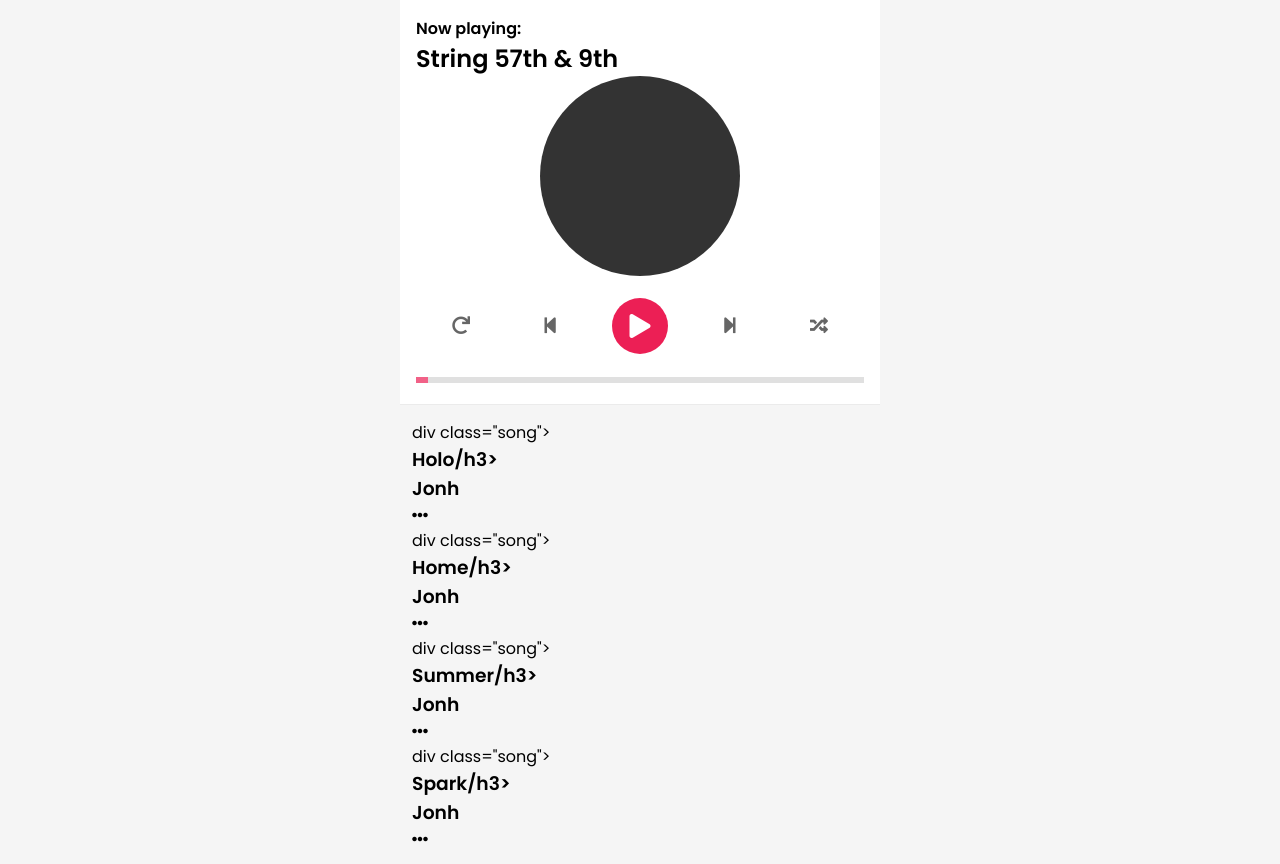
Repository: MinhNhatIT2901/Mp3-clon
Page: index.html
The author's editor kept a copy of each file at every save. The page is drawn from the files as they stood at one save, then again after the next save.
The browser window is 1280 px wide. The pictures show the whole page.

Above is the page before, as saved 2022-01-01 16:59:54.

### index.html
<!DOCTYPE html>
<html lang="en">
<head>
    <meta charset="UTF-8">
    <meta http-equiv="X-UA-Compatible" content="IE=edge">
    <meta name="viewport" content="width=device-width, initial-scale=1.0">
    <title>Document</title>
    <link rel="stylesheet" href="./asset/css/app.css">
    <link rel="stylesheet" href="https://cdnjs.cloudflare.com/ajax/libs/font-awesome/5.15.2/css/all.min.css" integrity="sha512-HK5fgLBL+xu6dm/Ii3z4xhlSUyZgTT9tuc/hSrtw6uzJOvgRr2a9jyxxT1ely+B+xFAmJKVSTbpM/CuL7qxO8w==" crossorigin="anonymous" />
    <link rel="preconnect" href="https://fonts.gstatic.com">
    <link href="https://fonts.googleapis.com/css2?family=Poppins:wght@300;400;600&display=swap" rel="stylesheet">
</head>
<body>
    <div class="player">
        <div class="dashboard">
            <div class="header">
                <h4>Now playing:</h4>
                <h2>String 57th & 9th</h2>
            </div>

            <div class="cd">
                <div class="cd-thumb">
                </div>
            </div>

            <div class="control">
                <div class="btn btn-repeat">
                    <i class="fas fa-redo"></i>
                </div>
                <div class="btn btn-prev">
                    <i class="fas fa-step-backward"></i>
                </div>
                <div class="btn btn-toggle-play">
                    <i class="fas fa-pause icon-pause"></i>
                    <i class="fas fa-play icon-play"></i>
                </div>
                <div class="btn btn-next">
                    <i class="fas fa-step-forward"></i>
                </div>
                <div class="btn btn-random">
                    <i class="fas fa-random"></i>
                </div>
            </div>

            <input id="progress" class="progress" type="range" value="0" step="1" min="0" max="100">
            <audio id="audio" src=""></audio>
        </div>

        <div class="playlist">
        </div>
    </div>
</body>
    <script src="./asset/css/app.js"></script>
</html>

### asset/css/app.css
:root {
  --primary-color: #ec1f55;
  --text-color: #333;
}

* {
  padding: 0;
  margin: 0;
  box-sizing: inherit;
}

body {
  background-color: #f5f5f5;
}

html {
  box-sizing: border-box;
  font-family: "Poppins", sans-serif;
}

.player {
  position: relative;
  max-width: 480px;
  margin: 0 auto;
}

.player .icon-pause {
  display: none;
}

.player.playing .icon-pause {
  display: inline-block;
}

.player.playing .icon-play {
  display: none;
}

.dashboard {
  padding: 16px 16px 14px;
  background-color: #fff;
  position: fixed;
  top: 0;
  width: 100%;
  max-width: 480px;
  border-bottom: 1px solid #ebebeb;
}

/* HEADER */
header {
  text-align: center;
  margin-bottom: 10px;
}

header h4 {
  color: var(--primary-color);
  font-size: 12px;
}

header h2 {
  color: var(--text-color);
  font-size: 20px;
}

/* CD */
.cd {
  display: flex;
  margin: auto;
  width: 200px;
}

.cd-thumb {
  width: 100%;
  padding-top: 100%;
  border-radius: 50%;
  background-color: #333;
  background-size: cover;
  margin: auto;
}

/* CONTROL */
.control {
  display: flex;
  align-items: center;
  justify-content: space-around;
  padding: 18px 0 8px 0;
}

.control .btn {
  color: #666;
  padding: 18px;
  font-size: 18px;
}

.control .btn.active {
  color: var(--primary-color);
}

.control .btn-toggle-play {
  width: 56px;
  height: 56px;
  border-radius: 50%;
  font-size: 24px;
  color: #fff;
  display: flex;
  align-items: center;
  justify-content: center;
  background-color: var(--primary-color);
}

.progress {
  width: 100%;
  -webkit-appearance: none;
  height: 6px;
  background: #d3d3d3;
  outline: none;
  opacity: 0.7;
  -webkit-transition: 0.2s;
  transition: opacity 0.2s;
}

.progress::-webkit-slider-thumb {
  -webkit-appearance: none;
  appearance: none;
  width: 12px;
  height: 6px;
  background-color: var(--primary-color);
  cursor: pointer;
}

/* PLAYLIST */
.playlist {
  margin-top: 408px;
  padding: 12px;
}

.song {
  display: flex;
  align-items: center;
  margin-bottom: 12px;
  background-color: #fff;
  padding: 8px 16px;
  border-radius: 5px;
  box-shadow: 0 2px 3px rgba(0, 0, 0, 0.1);
}

.song.active {
  background-color: var(--primary-color);
}

.song:active {
  opacity: 0.8;
}

.song.active .option,
.song.active .author,
.song.active .title {
  color: #fff;
}

.song .thumb {
  width: 44px;
  height: 44px;
  border-radius: 50%;
  background-size: cover;
  margin: 0 8px;
}

.song .body {
  flex: 1;
  padding: 0 16px;
}

.song .title {
  font-size: 18px;
  color: var(--text-color);
}

.song .author {
  font-size: 12px;
  color: #999;
}

.song .option {
  padding: 16px 8px;
  color: #999;
  font-size: 18px;
}

### asset/css/app.js
const $ = document.querySelector.bind(document);
const $$ = document.querySelectorAll.bind(document);

const app = {
    songs: [
        {
            name: 'Holo',
            singer: 'Jonh',
            path: './asset/music/holo.mp3',
            image: './asset/img/img1.jpg'
        },
        {
            name: 'Home',
            singer: 'Jonh',
            path: './asset/music/home.mp3',
            image: './asset/img/img2.jpg'
        },
        {
            name: 'Summer',
            singer: 'Jonh',
            path: './asser/music/mp3_music_summer.mp3',
            image: './asset/img/img3.jpg'
        },
        {
            name: 'Spark',
            singer: 'Jonh',
            path: './asset/music/spark.mp3',
            image: './asset/img/img4.jpg'
        },
    ],
    render: function() {
        const htmls = this.songs.map(song => {
            return `
            div class="song">
                <div class="thumb" style="background-image: url('${song.image}')">
                </div>
                <div class="body">
                <h3 class="title">${song.name}/h3>
                <p class="author">${song.singer}</p>
                </div>
                <div class="option">
                <i class="fas fa-ellipsis-h"></i>
                </div>
            </div>
            `
        })
        $('.playlist').innerHTML = htmls.join('');
    },
    start: function() {
        this.render();
    }

}

app.start();

After the next save:
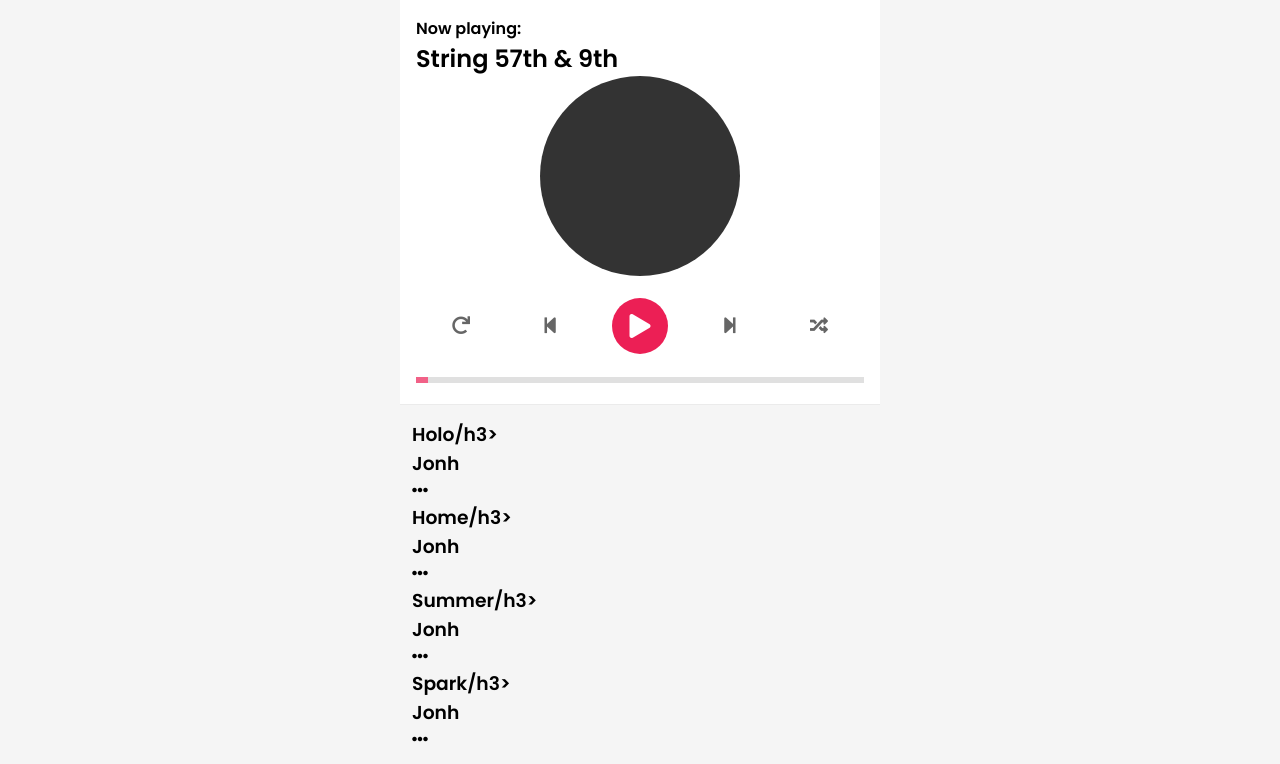
Saved 27 s later.
--- a/asset/css/app.js
+++ b/asset/css/app.js
@@ -31,7 +31,7 @@
     render: function() {
         const htmls = this.songs.map(song => {
             return `
-            div class="song">
+
                 <div class="thumb" style="background-image: url('${song.image}')">
                 </div>
                 <div class="body">
@@ -41,7 +41,7 @@
                 <div class="option">
                 <i class="fas fa-ellipsis-h"></i>
                 </div>
-            </div>
+
             `
         })
         $('.playlist').innerHTML = htmls.join('');

After the save that followed:
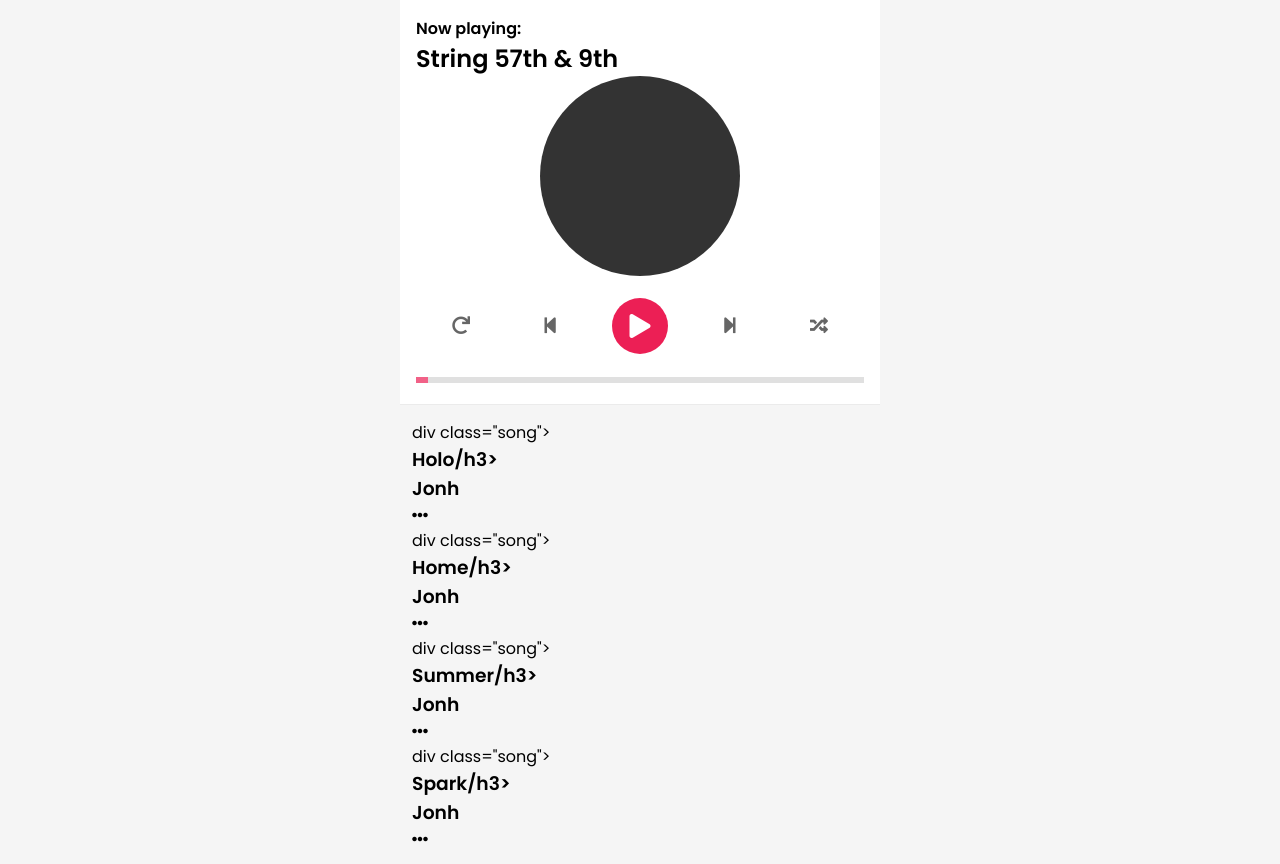
Saved 30 s later.
--- a/asset/css/app.js
+++ b/asset/css/app.js
@@ -31,7 +31,7 @@
     render: function() {
         const htmls = this.songs.map(song => {
             return `
-
+            div class="song">
                 <div class="thumb" style="background-image: url('${song.image}')">
                 </div>
                 <div class="body">
@@ -41,7 +41,7 @@
                 <div class="option">
                 <i class="fas fa-ellipsis-h"></i>
                 </div>
-
+            </div>
             `
         })
         $('.playlist').innerHTML = htmls.join('');
